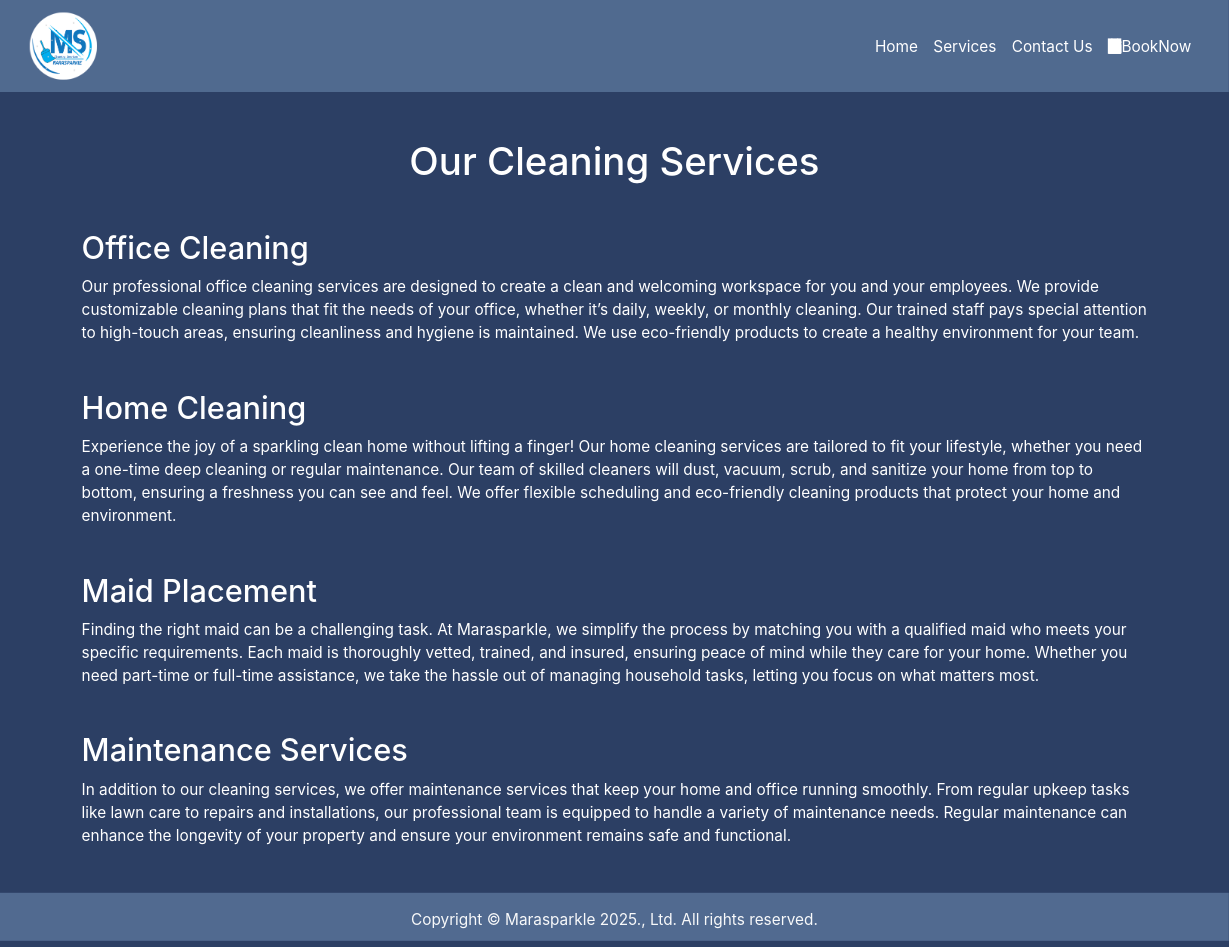
Repository: guineveretim/sparkle
Page: http://localhost/services/
These files come from the project's save history. The page is drawn as it stood at one moment and after the next save; the edit follows.
The browser window is 1280 px wide. The pictures show the whole page, at 96% of full size.
The page is served by the project's application, run on Django 5.2 (manage.py).

Above is the page before, as saved 2025-03-26 15:33:20.

After the next save:
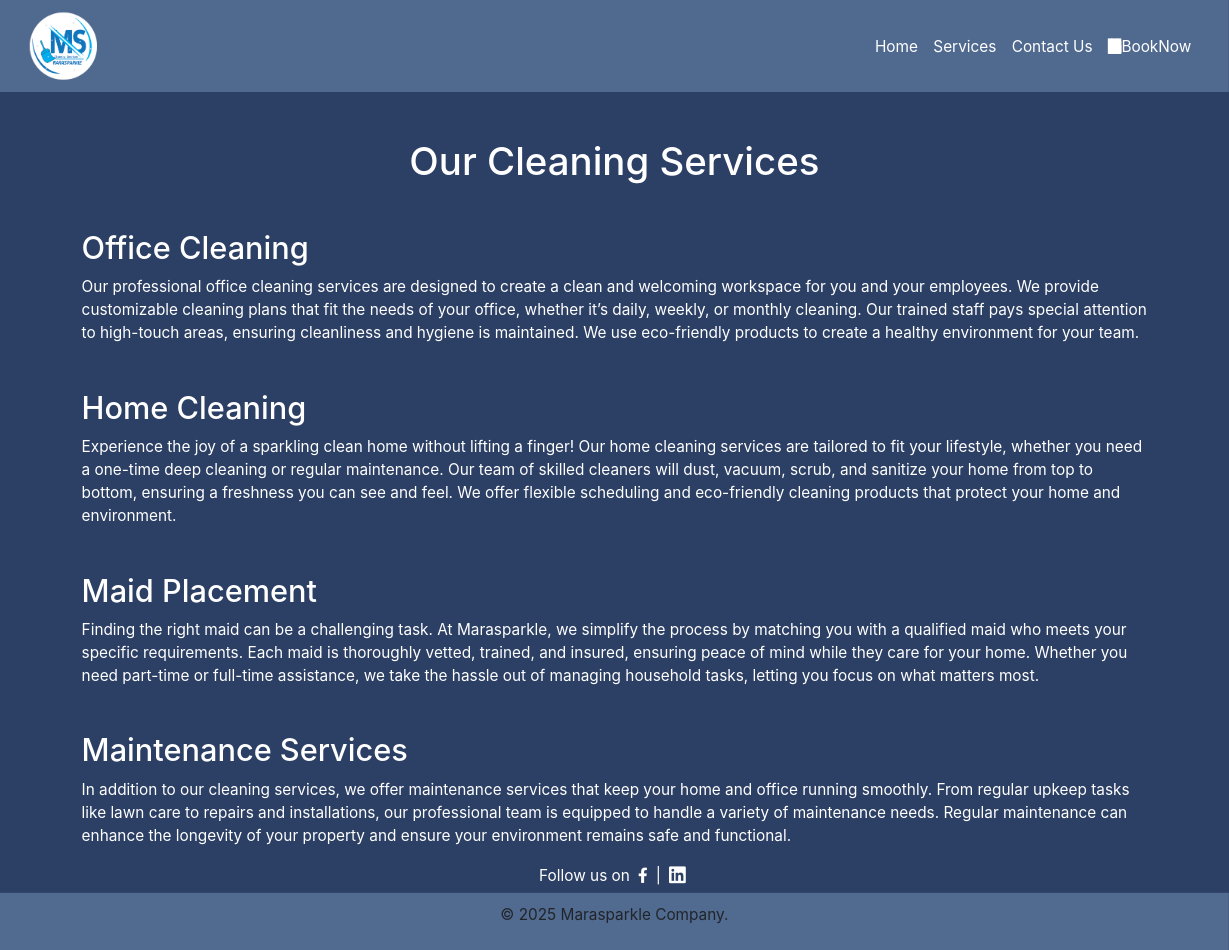
Saved 15 min 26 s later.
--- a/templates/application/services.html
+++ b/templates/application/services.html
@@ -71,11 +71,25 @@
         </section>
     </div>
 
-    <footer>
-        <div class="container-fluid" style="background-color:rgba(166, 206, 243,0.3); height: 7vh;">
-          <div class="col text-light d-flex justify-content-center pt-3">
-            <p>Copyright © Marasparkle 2025., Ltd. All rights reserved.
-          </div>
+    <footer class="footer text-center" style="background-color: rgba(166, 206, 243, 0.3); padding: 10px 0;">
+        <div class="container-fluid">
+            <div class="row">
+                <div class="col-12">
+                    <p>© 2025 Marasparkle Company.</p>
+                </div>
+                <div class="col-12" style="margin-top: -80px;">
+                    <p style="color: white;">
+                        Follow us on
+                        <a href="https://www.facebook.com/profile.php?id=61573551016908" class="mx-1 text-white" aria-label="Follow us on Facebook">
+                            <i class="fab fa-facebook-f"></i>
+                        </a>
+                        <span>|</span>
+                        <a href="https://linkedin.com" class="mx-1 text-white" aria-label="Follow us on LinkedIn">
+                            <i class="fab fa-linkedin fa-lg"></i>
+                        </a>
+                    </p>
+                </div>
+            </div>
         </div>
     </footer>
 
